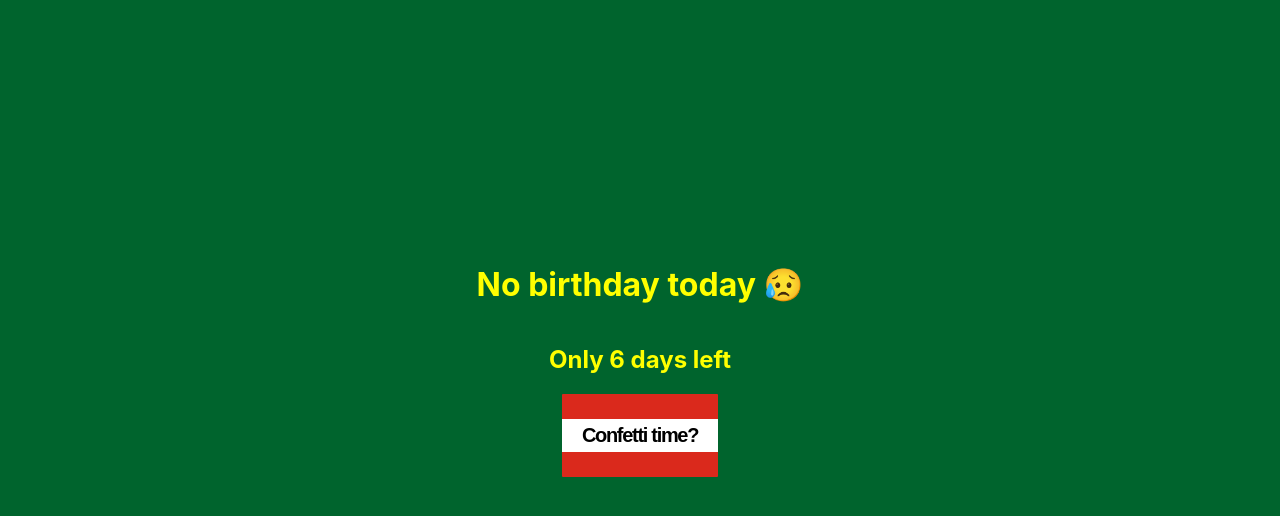
Repository: David-Waite/HannahsBirthdayWebsite
Page: /
The author's editor kept a copy of each file at every save. The page is drawn from the files as they stood at one save, then again after the next save.
The browser window is 1280 px wide. The pictures show the whole page.
The project was rebuilt for these pictures with package versions that can differ from the ones it lists, and the page was loaded fresh each time.

Above is the page before, as saved 2023-03-30 18:24:13.

After the next save:
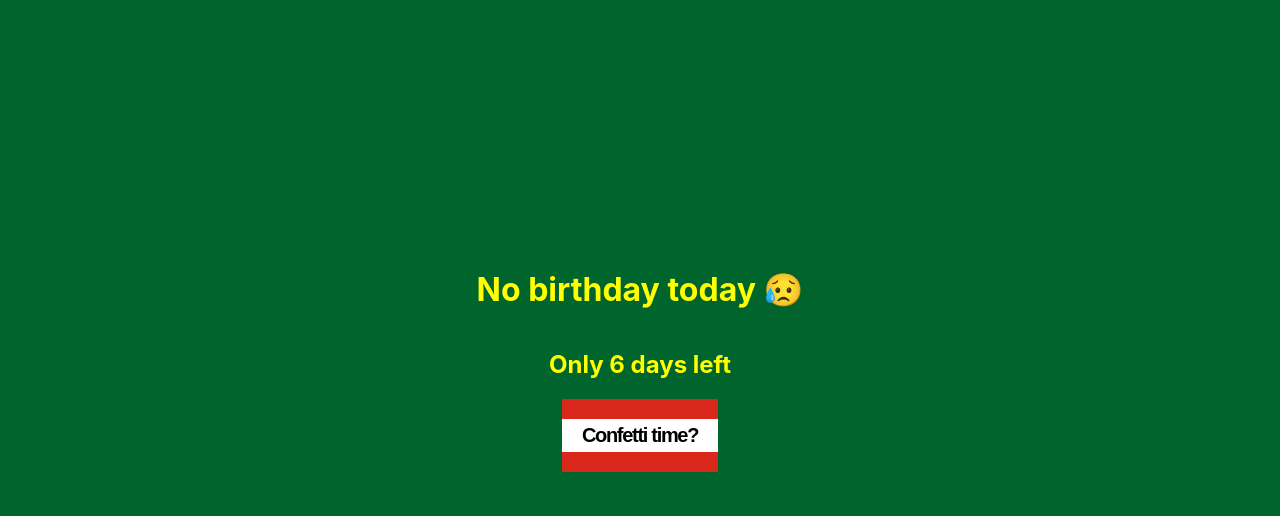
Saved 4 s later.
--- a/src/index.css
+++ b/src/index.css
@@ -20,7 +20,7 @@ body {
 
 button {
   border: none;
-  padding: 5px 0px;
+  padding: 0px 0px;
   background-color: #da291c;
   color: black;
   font-size: 20px;
